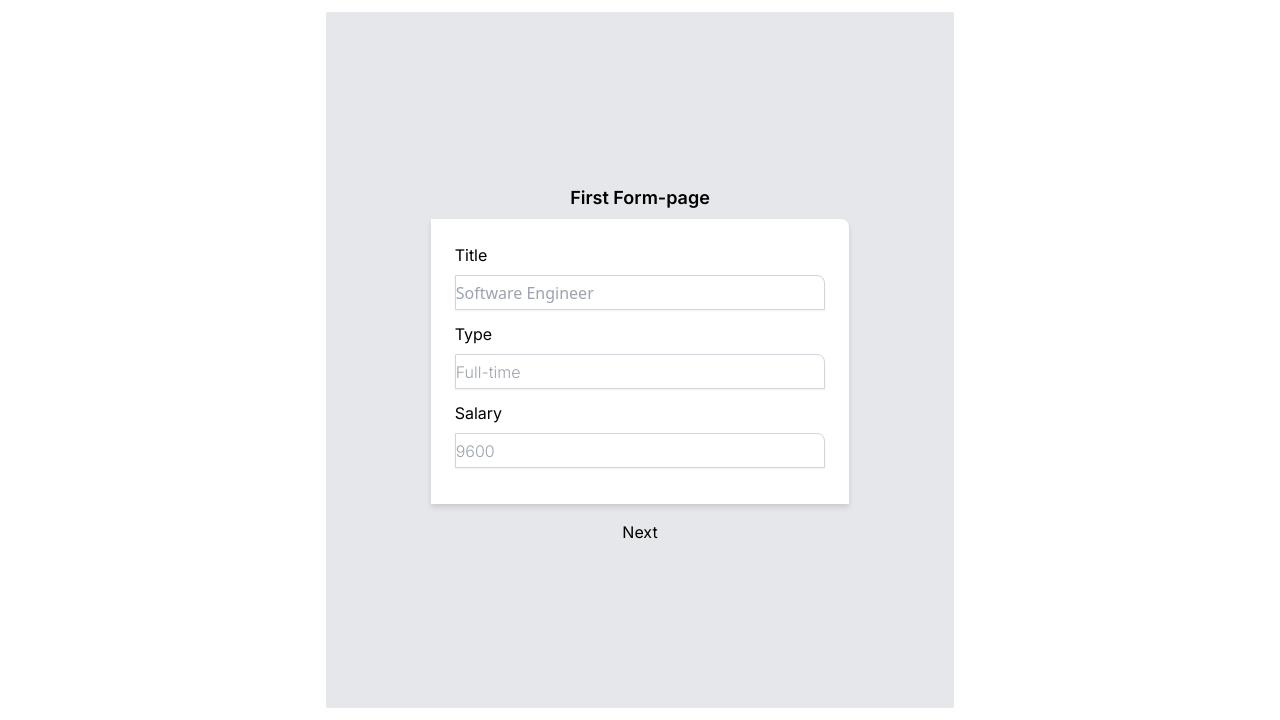
Repository: Abdibaye/Job-Sphere
Page: /form
An editor plug-in stored every save of this project. The page is shown before and after the next save, followed by the edit.
The browser window is 1280 px wide. The pictures show the whole page.
The project was rebuilt for these pictures with package versions that can differ from the ones it lists, and the page was loaded fresh each time. Also part of the build but not shown: vite.config.js, src/components/search.jsx, src/components/navbar.jsx, src/pages/descriptionpage.jsx, src/components/job.jsx, src/components/feed.jsx, src/components/saved.jsx, src/components/filter.jsx and 4 more.

Above is the page before, as saved 2025-02-23 00:42:34.

### index.html
<!doctype html>
<html lang="en">
  <head>
    <meta charset="UTF-8" />
    <link rel="icon" type="image/svg+xml" href="/vite.svg" />

    <link rel="preconnect" href="https://fonts.googleapis.com">
    <link rel="preconnect" href="https://fonts.gstatic.com" crossorigin>
    <link href="https://fonts.googleapis.com/css2?family=Inter:ital,opsz,wght@0,14..32,100..900;1,14..32,100..900&family=Open+Sans:ital,wght@0,300..800;1,300..800&family=Poppins:wght@100;200;300;400;600;700&display=swap" rel="stylesheet">

    <meta name="viewport" content="width=device-width, initial-scale=1.0" />
    <title>Vite + React</title>
  </head>
  <body>
    <div id="root"></div>
    <script type="module" src="/src/main.jsx"></script>
  </body>
</html>

### src/main.jsx
import { StrictMode } from 'react'
import { createRoot } from 'react-dom/client'
import './index.css'
import App from './App.jsx'
import Description from './pages/descriptionpage.jsx'
import HomePage from './pages/homepage.jsx'

createRoot(document.getElementById('root')).render(
  <StrictMode>
    <App />
  </StrictMode>,
)

### src/App.jsx
import Navbar from "./components/navbar";
import Description from "./pages/descriptionpage";
import HomePage from "./pages/homepage";
import LoginPage from "./pages/loginpage";
import SignUp from "./pages/Signup";
import { BrowserRouter, Routes, Route, Outlet } from "react-router-dom";
import Feed from "./components/feed";
import Forms from "./pages/formpage";

function App() {
  return (
    <BrowserRouter>
      <Routes>
        {/* Default route for login */}
        <Route path="/" element={<LoginPage />} />

        {/* Nested routes under Navbar */}
        <Route path="/navbar" element={<Navbar />}>
          <Route index element={<HomePage    />} /> {/* Default child route */}
          <Route path="description" element={<Description />} /> {/* Relative path */}
        </Route>

        {/* Signup route */}
        <Route path="/signup" element={<SignUp />} />


        <Route path='/form' element = {<Forms />} />
      </Routes>
    </BrowserRouter>
  );
}

export default App;

### src/pages/formpage.jsx
import { BrowserRouter, Routes, Route, Link, Outlet } from "react-router-dom";
import Form from "../components/form";



function Forms(){
    return(
        <>
        <div>
        <Form />
        <Outlet />
        </div>
        </>
    )


}



export default Forms;

### src/components/form.jsx
import { BrowserRouter, Routes, Route, Outlet } from "react-router-dom";
import { useFormik } from "formik";


const initialValues = {
  title: '',
  type: '',
  salary:''
}

function Form(){
  const {values, handleBlur, handleChange, handleSubmit} = useFormik({
    initialValues:initialValues,
    onSubmit: (value) => {
      console.log(value);
    }
  })


    return(
        <div className=" h-screen font-inter   flex justify-center p-3 ">
            <div className="bg-gray-200 w-1/2 rounded-sm flex flex-col justify-center items-center">
            <h1 className="m-2 font-[600] text-[18px]">First Form-page</h1>
              <div className="bg-[#fff] w-2/3 h-fit flex flex-col justify-center p-6 rounded-tr-lg drop-shadow-md">
                <label className="mb-2">Title</label>
                <input  onChange={onchange} value={values.title} className="mb-3 h-[35px] border border-gray-300 rounded-tr-lg shadow-sm focus:outline-none font-sans font-light" type="text" placeholder="Software Engineer" />
                <label className="mb-2">Type</label>
                <input className="mb-3 mb-3 h-[35px] border border-gray-300 rounded-tr-lg shadow-sm focus:outline-none font-light" type="text" placeholder="Full-time" />
                <label className="mb-2 ">Salary</label>
                <input className="mb-3 mb-3 h-[35px] border border-gray-300 rounded-tr-lg shadow-sm focus:outline-none font-light" type="text" placeholder="9600" />
              </div>
                <button onSubmit={handleSubmit} className="mt-4">Next</button>
            </div>
        </div>
    );
}


export default Form;

### tailwind.config.js
/** @type {import('tailwindcss').Config} */
export default {
  content: [
    "./index.html",
    "./src/**/*.{js,ts,jsx,tsx}",
  ],
  theme: {
    extend: {
      fontFamily: {
        'inter': ['Inter', 'sans-serif'],
      },
    },
  },
  plugins: [],
}

Loaded but not shown: src/index.css (common file)

After the next save:
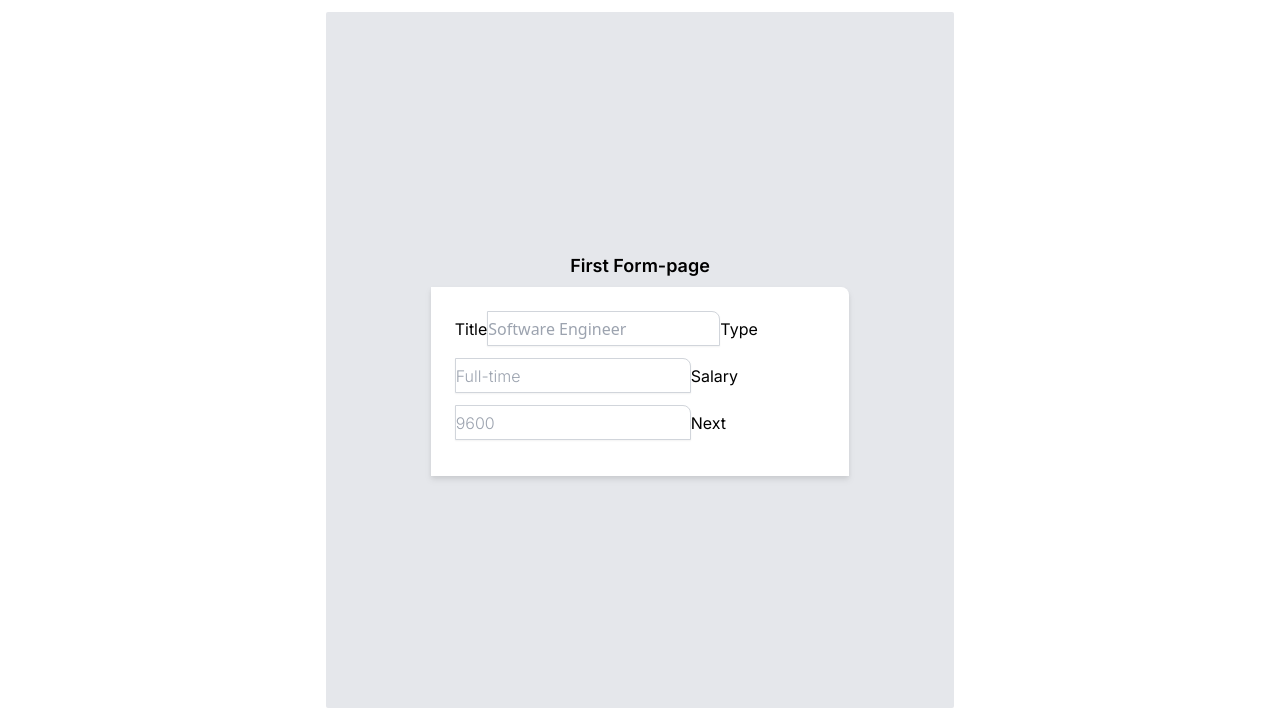
Saved 3 min 12 s later.
--- a/src/components/form.jsx
+++ b/src/components/form.jsx
@@ -22,14 +22,16 @@
             <div className="bg-gray-200 w-1/2 rounded-sm flex flex-col justify-center items-center">
             <h1 className="m-2 font-[600] text-[18px]">First Form-page</h1>
               <div className="bg-[#fff] w-2/3 h-fit flex flex-col justify-center p-6 rounded-tr-lg drop-shadow-md">
+              <form action="">
                 <label className="mb-2">Title</label>
                 <input  onChange={onchange} value={values.title} className="mb-3 h-[35px] border border-gray-300 rounded-tr-lg shadow-sm focus:outline-none font-sans font-light" type="text" placeholder="Software Engineer" />
                 <label className="mb-2">Type</label>
                 <input className="mb-3 mb-3 h-[35px] border border-gray-300 rounded-tr-lg shadow-sm focus:outline-none font-light" type="text" placeholder="Full-time" />
                 <label className="mb-2 ">Salary</label>
                 <input className="mb-3 mb-3 h-[35px] border border-gray-300 rounded-tr-lg shadow-sm focus:outline-none font-light" type="text" placeholder="9600" />
+              <button>Next</button>
+              </form>
               </div>
-                <button onSubmit={handleSubmit} className="mt-4">Next</button>
             </div>
         </div>
     );

After the save that followed:
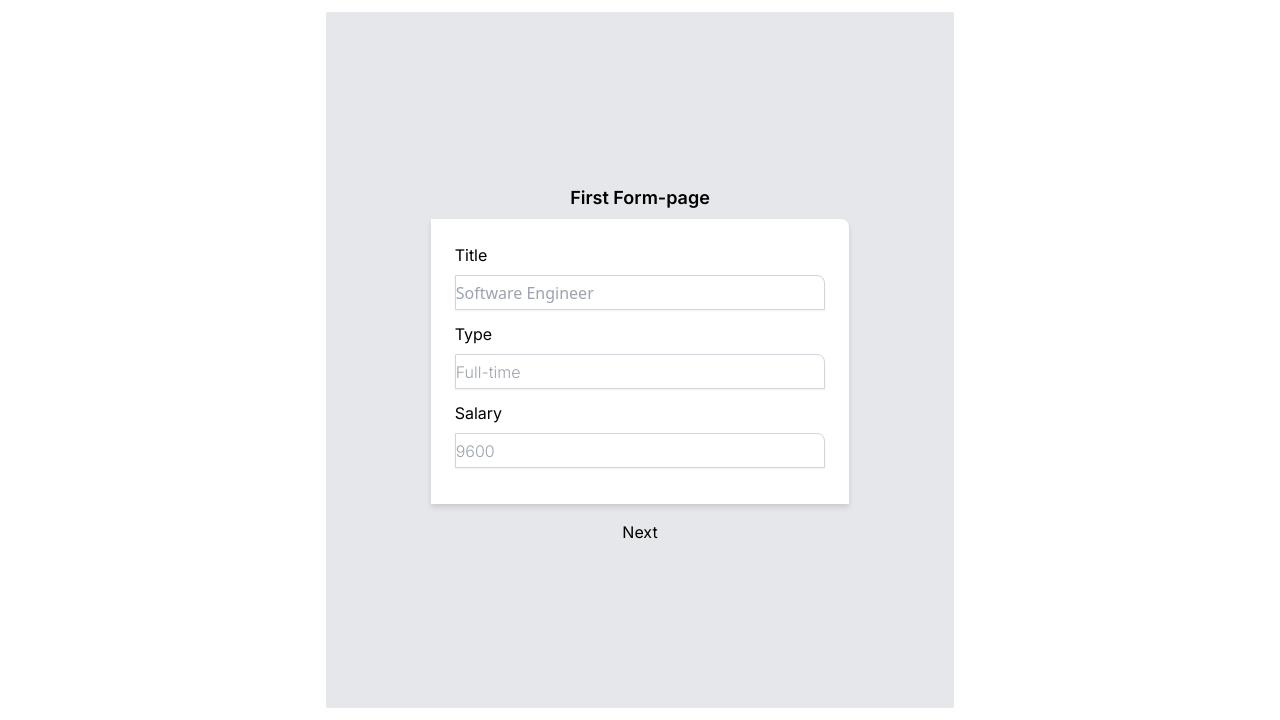
Saved 20 s later.
--- a/src/components/form.jsx
+++ b/src/components/form.jsx
@@ -22,16 +22,14 @@
             <div className="bg-gray-200 w-1/2 rounded-sm flex flex-col justify-center items-center">
             <h1 className="m-2 font-[600] text-[18px]">First Form-page</h1>
               <div className="bg-[#fff] w-2/3 h-fit flex flex-col justify-center p-6 rounded-tr-lg drop-shadow-md">
-              <form action="">
                 <label className="mb-2">Title</label>
                 <input  onChange={onchange} value={values.title} className="mb-3 h-[35px] border border-gray-300 rounded-tr-lg shadow-sm focus:outline-none font-sans font-light" type="text" placeholder="Software Engineer" />
                 <label className="mb-2">Type</label>
                 <input className="mb-3 mb-3 h-[35px] border border-gray-300 rounded-tr-lg shadow-sm focus:outline-none font-light" type="text" placeholder="Full-time" />
                 <label className="mb-2 ">Salary</label>
                 <input className="mb-3 mb-3 h-[35px] border border-gray-300 rounded-tr-lg shadow-sm focus:outline-none font-light" type="text" placeholder="9600" />
-              <button>Next</button>
-              </form>
               </div>
+                <button onSubmit={handleSubmit} className="mt-4">Next</button>
             </div>
         </div>
     );
